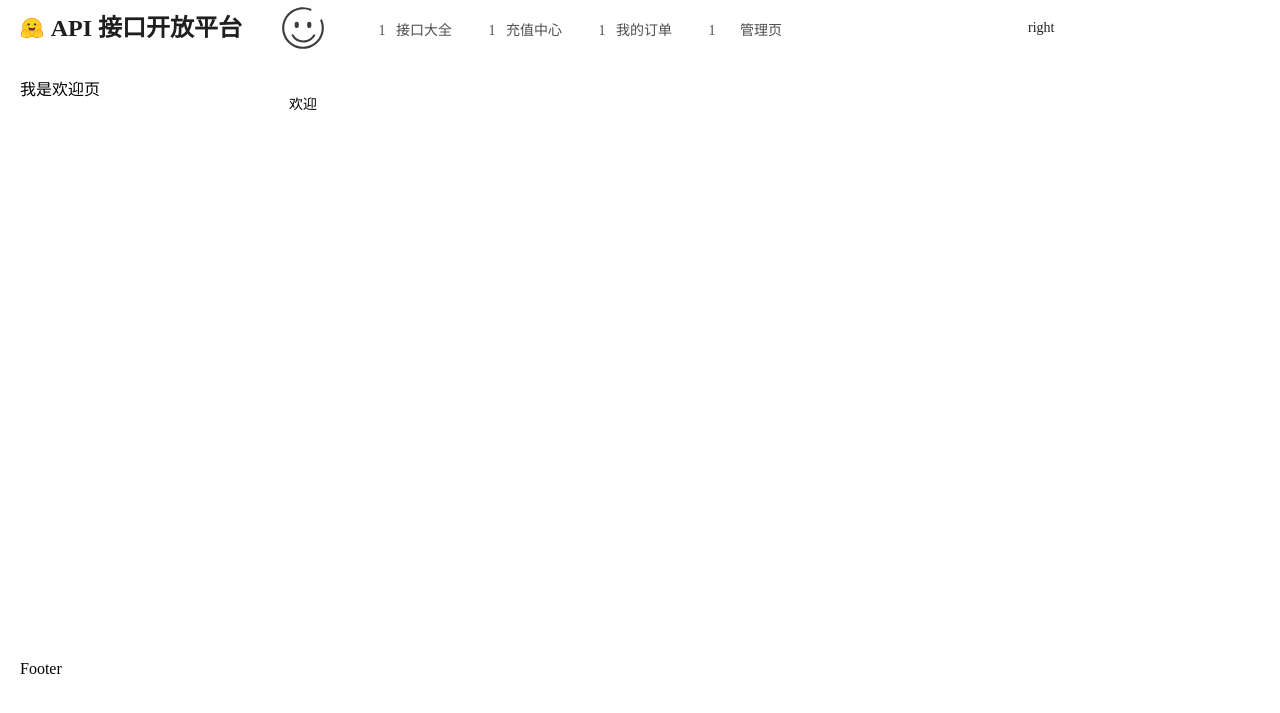
Repository: 202100202078/SignInBox
Page: /
The author's editor kept a copy of each file at every save. The page is drawn from the files as they stood at one save, then again after the next save.
The browser window is 1280 px wide. The pictures show the whole page.
The project was rebuilt for these pictures with package versions that can differ from the ones it lists, and the page was loaded fresh each time. Also part of the build but not shown: vite.config.js, src/components/FilterLayout.vue, src/components/PageFooter.vue, src/components/TableLayout.vue, src/components/ToolTip.vue.

Above is the page before, as saved 2023-11-24 19:04:30.

### src/main.js
import { createApp } from 'vue'
import '@/assets/base.scss'
import pinia from '@/stores/index'
import App from './App.vue'
import router from './router'
import ElementPlus from 'element-plus'
import 'element-plus/dist/index.css'

const app = createApp(App)

app.use(ElementPlus)
app.use(pinia)
app.use(router)

app.mount('#app')

### src/assets/base.scss
* {
  margin: 0px;
  padding: 0px;
  box-sizing: border-box;
}

ul {
  list-style:none;
}

li {
  list-style-type:none;
}

### src/stores/index.js
//将pinia相关代码整合至此
import { createPinia } from 'pinia'
import persist from 'pinia-plugin-persistedstate'

const pinia = createPinia()
pinia.use(persist)

export default pinia

export * from './modules/user'

### src/router/index.js
import { createRouter, createWebHistory } from 'vue-router'

const router = createRouter({
  history: createWebHistory(import.meta.env.BASE_URL),
  routes: [
    {
      path: '/login',
      name: 'login',
      component: () => import('@/views/login/LoginPage.vue')
    },
    {
      path: '/',
      name: 'home',
      component: () => import('@/views/layout/LayOutContainer.vue'),
      redirect: '/home/welcome',
      children: [
        {
          path: '/home/welcome',
          name: 'welcome',
          component: () => import('@/views/home/WelcomePage.vue')
        },
        {
          path: '/home/interface',
          name: 'interface',
          component: () => import('@/views/home/InterfacePage.vue')
        },
        {
          path: '/home/recharge',
          name: 'recharge',
          component: () => import('@/views/home/RechargePage.vue')
        },
        {
          path: '/home/order',
          name: 'order',
          component: () => import('@/views/home/OrderPage.vue')
        },
        {
          path: '/admin/interface',
          name: 'adminInterface',
          component: () => import('@/views/admin/InterfacePage.vue')
        },
        {
          path: '/admin/recharge',
          name: 'adminRecharge',
          component: () => import('@/views/admin/RechargePage.vue')
        },
        {
          path: '/admin/user',
          name: 'adminUser',
          component: () => import('@/views/admin/UserPage.vue')
        }
      ]
    },
    {
      path: '/:pathMatch(.*)',
      component: () => import('@/views/Else/ElsePage.vue')
    }
  ]
})

export default router

### src/stores/modules/user.js
import { defineStore } from 'pinia'
import { ref } from 'vue'

export const useUserStore = defineStore(
  'interface-user',
  () => {
    //用户标识
    const token = ref('')
    const setToken = (t) => {
      token.value = t
    }
    return {
      token,
      setToken
    }
  },
  {
    persist: true,
    key: 'interface-token',
    paths: ['token']
  }
)

### src/views/layout/LayOutContainer.vue
<script setup>
import { ref } from 'vue'
//当前处于menu哪个tab下
const cur = ref(0)
</script>

<template>
  <div class="my-layout">
    <el-container>
      <el-header>
        <div class="el-header-left">
          <a @click="$router.replace('/')">
            <img
              height="22"
              weight="auto"
              src="@/assets/avg/logo.svg"
              alt="logo"
            />
            <h1>API 接口开放平台</h1>
          </a>
        </div>
        <div class="el-header-main">
          <ul class="el-header-main-menu">
            <li
              @click="$router.push('/home/welcome'), (cur = 0)"
              :class="{ active: cur === 0 }"
            >
              <div>
                <span class="icon">
                  <img src="@/assets/avg/笑脸.svg" alt="" /> </span
                ><span>欢迎</span>
              </div>
            </li>
            <li
              @click="$router.push('/home/interface'), (cur = 1)"
              :class="{ active: cur === 1 }"
            >
              <span class="icon">1</span><span>接口大全</span>
            </li>
            <li
              @click="$router.push('/home/recharge'), (cur = 2)"
              :class="{ active: cur === 2 }"
            >
              <span class="icon">1</span><span>充值中心</span>
            </li>
            <li
              @click="$router.push('/home/order'), (cur = 3)"
              :class="{ active: cur === 3 }"
            >
              <span class="icon">1</span><span>我的订单</span>
            </li>
            <li @click="$router.push('/')">
              <span class="icon">1</span><span>管理页</span>
            </li>
          </ul>
        </div>
        <div class="el-header-right">right</div>
      </el-header>
      <el-main>
        <router-view></router-view>
      </el-main>
      <el-footer>Footer</el-footer>
    </el-container>
  </div>
</template>

<style lang="scss" scoped>
.my-layout {
  height: 100vh;
  .el-container {
    height: 100%;
    .el-header {
      position: fixed;
      left: 0;
      top: 0;
      display: flex;
      width: 100%;
      font-size: 14px;
      height: 56px;
      color: #000000e0;
      line-height: 56px;
      background-color: rgba(255, 255, 255, 0.6);
      z-index: 100;
      transition: background-color 0.3s cubic-bezier(0.645, 0.045, 0.355, 1);
      .el-header-left {
        width: 222px;
        > a {
          display: flex;
          justify-content: space-between;
          align-items: center;
          min-height: 22px;
          font-size: 16px;
          cursor: pointer;
        }
      }
      .el-header-main {
        display: flex;
        align-items: center;
        padding: 6px;
        flex: 1;
        .el-header-main-menu {
          width: 100%;
          display: flex;
          align-items: center;
          li {
            display: flex;
            justify-content: space-between;
            text-align: center;
            padding: 0 16px;
            width: 110px;
            height: 50px;
            color: rgba(0, 0, 0, 0.7);
            &:hover {
              background-color: rgba(0, 0, 0, 0.1);
              cursor: pointer;
            }
            .icon {
              width: 16px;
              height: 16px;
              img {
                width: 100%;
                height: 100%;
              }
            }
          }
          .active {
            color: rgba(0, 0, 0, 1);
          }
        }
      }
      .el-header-right {
        width: 232px;
      }
    }
    .el-main {
      margin-top: 56px;
    }
  }
}
</style>

### src/views/home/WelcomePage.vue
<template>
  <div>我是欢迎页</div>
</template>

Loaded but not shown: index.html (common file); src/App.vue (common file)

After the next save:
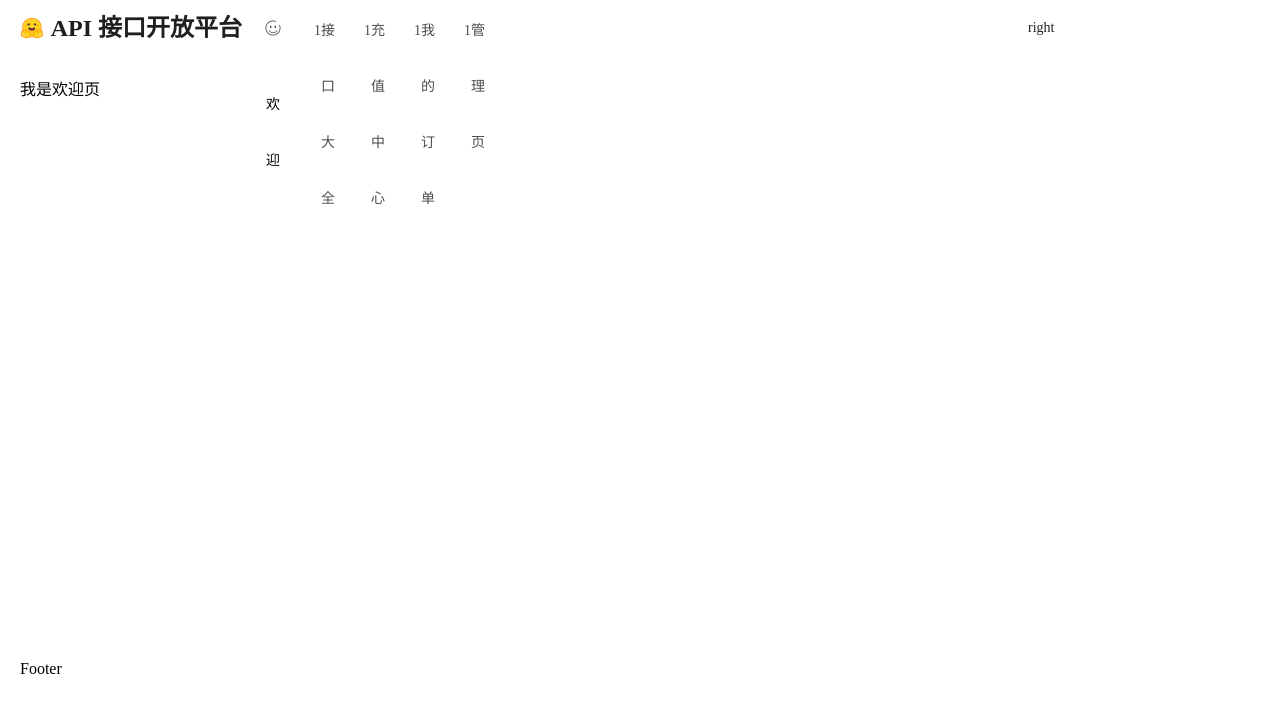
Saved 78 s later.
--- a/src/views/layout/LayOutContainer.vue
+++ b/src/views/layout/LayOutContainer.vue
@@ -107,7 +107,7 @@
             justify-content: space-between;
             text-align: center;
             padding: 0 16px;
-            width: 110px;
+            width: 50px;
             height: 50px;
             color: rgba(0, 0, 0, 0.7);
             &:hover {

After the save that followed:
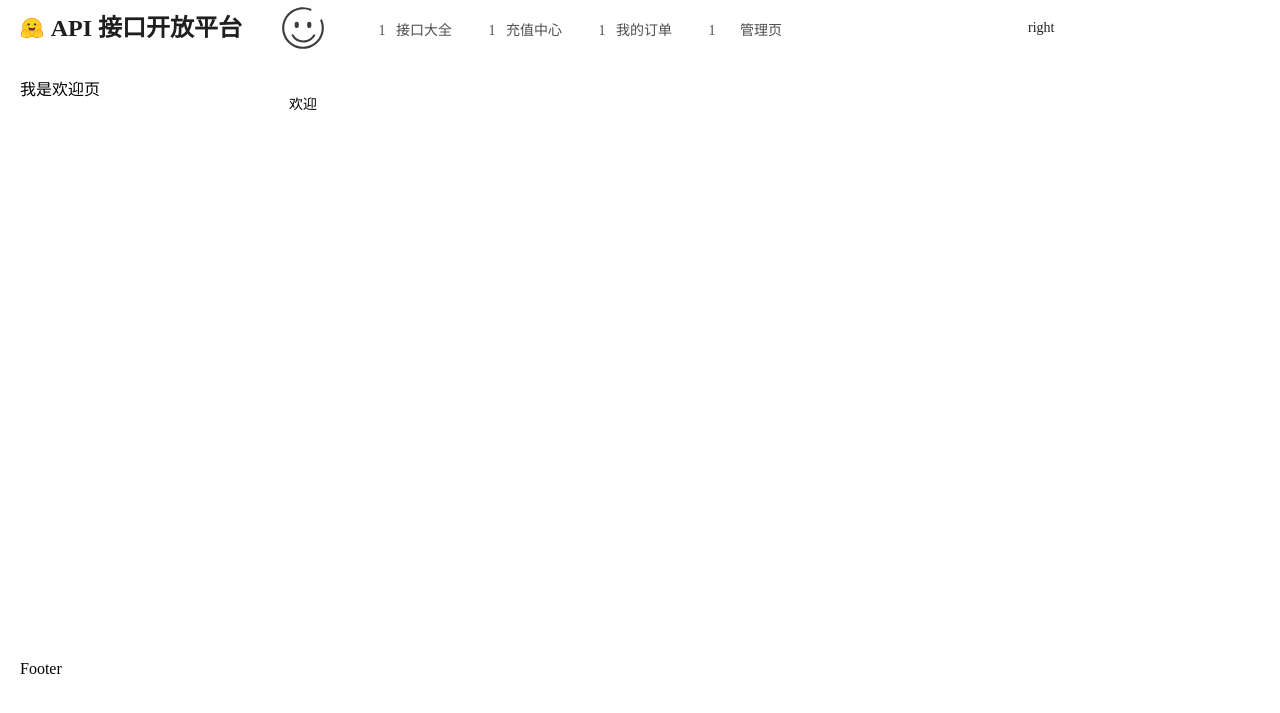
Saved 16 s later.
--- a/src/views/layout/LayOutContainer.vue
+++ b/src/views/layout/LayOutContainer.vue
@@ -107,7 +107,7 @@
             justify-content: space-between;
             text-align: center;
             padding: 0 16px;
-            width: 50px;
+            width: 110px;
             height: 50px;
             color: rgba(0, 0, 0, 0.7);
             &:hover {
